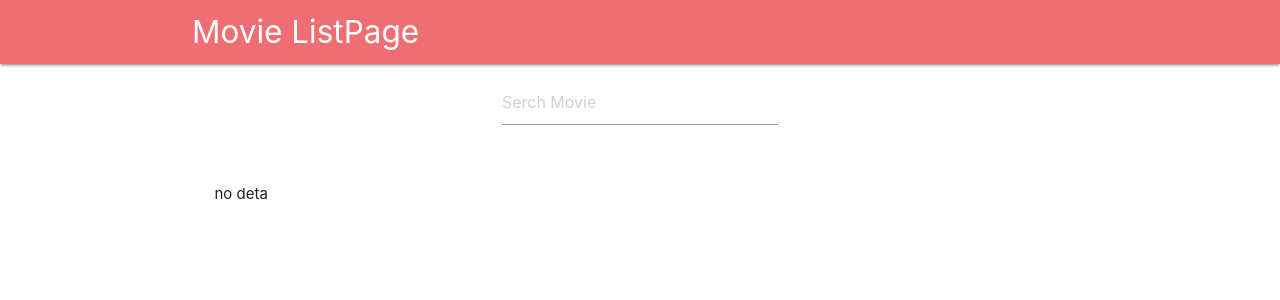
Repository: Reiya-1003/React-Ts-Node-App
Page: /
These files come from the project's save history. The page is drawn as it stood at one moment and after the next save; the edit follows.
The browser window is 1280 px wide. The pictures show the whole page.
The project was rebuilt for these pictures with package versions that can differ from the ones it lists, and the page was loaded fresh each time.

Above is the page before, as saved 2021-11-12 15:44:55.

### public/index.html
<!DOCTYPE html>
<html lang="en">
  <head>
    <meta charset="utf-8" />
    <link rel="icon" href="%PUBLIC_URL%/favicon.ico" />
    <meta name="viewport" content="width=device-width, initial-scale=1" />
    <meta name="theme-color" content="#000000" />
    <meta
      name="description"
      content="Web site created using create-react-app"
    />
    <link rel="apple-touch-icon" href="%PUBLIC_URL%/logo192.png" />
    <!--
      manifest.json provides metadata used when your web app is installed on a
      user's mobile device or desktop. See https://developers.google.com/web/fundamentals/web-app-manifest/
    -->
    <link rel="manifest" href="%PUBLIC_URL%/manifest.json" />
    <link
      rel="stylesheet"
      href="https://cdnjs.cloudflare.com/ajax/libs/materialize/1.0.0/css/materialize.min.css"
    />
    <!--
      Notice the use of %PUBLIC_URL% in the tags above.
      It will be replaced with the URL of the `public` folder during the build.
      Only files inside the `public` folder can be referenced from the HTML.

      Unlike "/favicon.ico" or "favicon.ico", "%PUBLIC_URL%/favicon.ico" will
      work correctly both with client-side routing and a non-root public URL.
      Learn how to configure a non-root public URL by running `npm run build`.
    -->
    <title>React App</title>
  </head>
  <body>
    <noscript>You need to enable JavaScript to run this app.</noscript>
    <div id="root"></div>
    <!--
      This HTML file is a template.
      If you open it directly in the browser, you will see an empty page.

      You can add webfonts, meta tags, or analytics to this file.
      The build step will place the bundled scripts into the <body> tag.

      To begin the development, run `npm start` or `yarn start`.
      To create a production bundle, use `npm run build` or `yarn build`.
    -->
  </body>
</html>

### src/index.tsx
import React from "react";
import ReactDOM from "react-dom";

import App from "./components/App";
import reportWebVitals from "./reportWebVitals";

ReactDOM.render(
  <React.StrictMode>
    <App />
  </React.StrictMode>,
  document.getElementById("root")
);

// If you want to start measuring performance in your app, pass a function
// to log results (for example: reportWebVitals(console.log))
// or send to an analytics endpoint. Learn more: https://bit.ly/CRA-vitals
reportWebVitals();

### src/components/App.tsx
import React, { createContext, useState } from "react";
import Nav from "./Nav";
import Seathbox from "./Searthbox";
import Movielist from "./MovieList";

export const MovieContext = createContext<any>([]);
export const SerchContext = createContext<any>("");

const App = () => {
  const [movies, setMovies] = useState<any>([]);
  const [searchTerm, setSearchterm] = useState<any>("");

  return (
    <div className="App">
      <MovieContext.Provider value={movies}>
        <SerchContext.Provider value={searchTerm}>
          <Nav />
          <Seathbox />
          <Movielist />
        </SerchContext.Provider>
      </MovieContext.Provider>
    </div>
  );
};

export default App;

### src/components/Nav.tsx
import React from "react";

const Nav = () => {
  return (
    <nav>
      <div className=".nav-wrapper container">
        <a href="" className="brand-logo">
          Movie ListPage
        </a>
      </div>
    </nav>
  );
};

export default Nav;

### src/components/Searthbox.tsx
import React, { useContext, useState } from "react";
import { MovieContext, SerchContext } from "./App";

type Props = {
  onClick: (event: React.MouseEvent<HTMLInputElement>) => void;
  onChange: (event: React.ChangeEvent<HTMLInputElement>) => void;
  onkeypress: (event: React.KeyboardEvent<HTMLInputElement>) => void;
  onBlur: (event: React.FocusEvent<HTMLInputElement>) => void;
  onFocus: (event: React.FocusEvent<HTMLInputElement>) => void;
  onSubmit: (event: React.FormEvent<HTMLFormElement>) => void;
  handleSubmit: React.FormEvent<HTMLFormElement>;
  onClickDiv: (event: React.MouseEvent<HTMLDivElement, MouseEvent>) => void;
};

const Searthbox = () => {
  let Movie = useContext(MovieContext);
  const Search = useContext(SerchContext);
  console.log(Movie);
  console.log(Search);
  const [movies, setMovies] = useState<any>({});
  const [searchTerm, setSearchterm] = useState<string>();

  const handleSubmit = (e: React.FormEvent<HTMLFormElement>) => {
    e.preventDefault();

    fetch(
      `https://api.themoviedb.org/3/search/movie?api_key=78eb03987f34d05d918381d81d8257fe&language=ja-JA&page=1&query=${searchTerm}`
    )
      .then((data) => data.json())
      .then((data) => {
        console.log(data);
        setMovies(data.results);
        console.log(movies);
        Movie.shift();
        Movie.push(movies);
      });
  };
  const handleChange = (e: string | any) => {
    const newSerch = e.target.value;
    setSearchterm(newSerch);
    console.log(searchTerm);
  };

  return (
    <div className="container">
      <div className="row">
        <section className="col s4 offset-s4">
          <form action="" onSubmit={handleSubmit}>
            <div className="input-field">
              <input
                placeholder="Serch Movie"
                type="text"
                onChange={handleChange}
              />
            </div>
          </form>
        </section>
      </div>
    </div>
  );
};

export default Searthbox;

### src/components/MovieList.tsx
import React, { useContext, useState } from "react";
import { MovieContext, SerchContext } from "./App";

const MovieList = () => {
  const Movie = useContext(MovieContext);
  const Search = useContext(SerchContext);
  console.log(Movie);
  console.log(Search);
  const [movies, setMovies] = useState<any>(Movie);
  console.log(movies);
  const [searchTerm, setSearchterm] = useState<string>(Search);

  return (
    <div className="container">
      <div className="row">
        <div className="col s12">
          <div className="col s12 m6 l3">
            {Movie.length === 0 ? (
              <p>no deta</p>
            ) : (
              Movie[0].map((list: any, i: any) => {
                return <p key={i}>{list.title}</p>;
              })
            )}

            <div className="card">
              <div className="card-image waves-effect waves-block waveslight"></div>
            </div>
          </div>
        </div>
      </div>
    </div>
  );
};

export default MovieList;

Loaded but not shown: src/reportWebVitals.ts (common file)

After the next save:
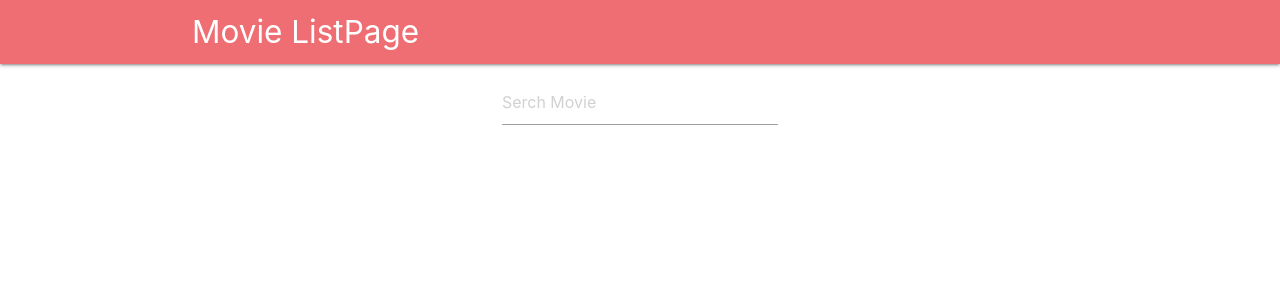
Saved 110 min 46 s later.
--- a/src/components/App.tsx
+++ b/src/components/App.tsx
@@ -16,7 +16,6 @@ const App = () => {
         <SerchContext.Provider value={searchTerm}>
           <Nav />
           <Seathbox />
-          <Movielist />
         </SerchContext.Provider>
       </MovieContext.Provider>
     </div>
